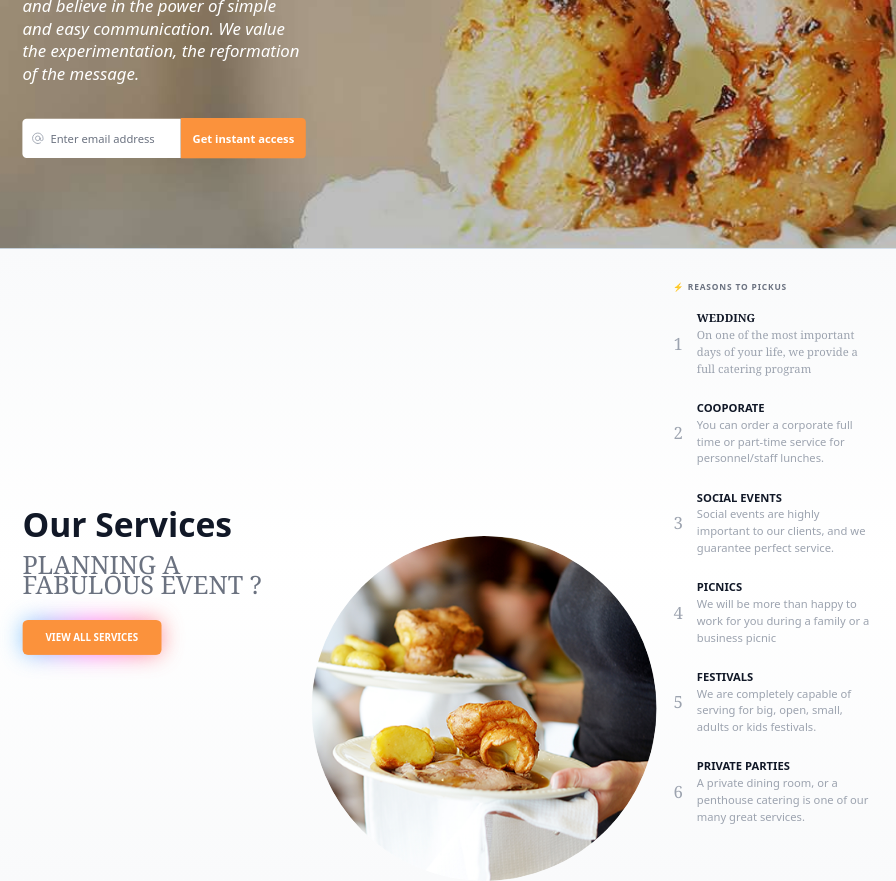
Repository: remydev47/Catering
Page: /
The author's editor kept a copy of each file at every save. The page is drawn from the files as they stood at one save, then again after the next save.
The browser window is 1280 px wide. The pictures show the part of the page from y = 2182 to 4102 px (the page is 3440 px tall before and 4102 px after), at 70% of full size.
The project was rebuilt for these pictures with package versions that can differ from the ones it lists, and the page was loaded fresh each time. The framework's server and built-in components were replaced by stand-ins that run in the browser. Also part of the build but not shown: next.config.js, components/Pricing.tsx, components/Footer.tsx, components/Team.tsx, components/Testimonials.tsx, components/Faqs.tsx, components/Blog.tsx.

Above is the page before, as saved 2022-12-09 23:01:37.

After the next save:
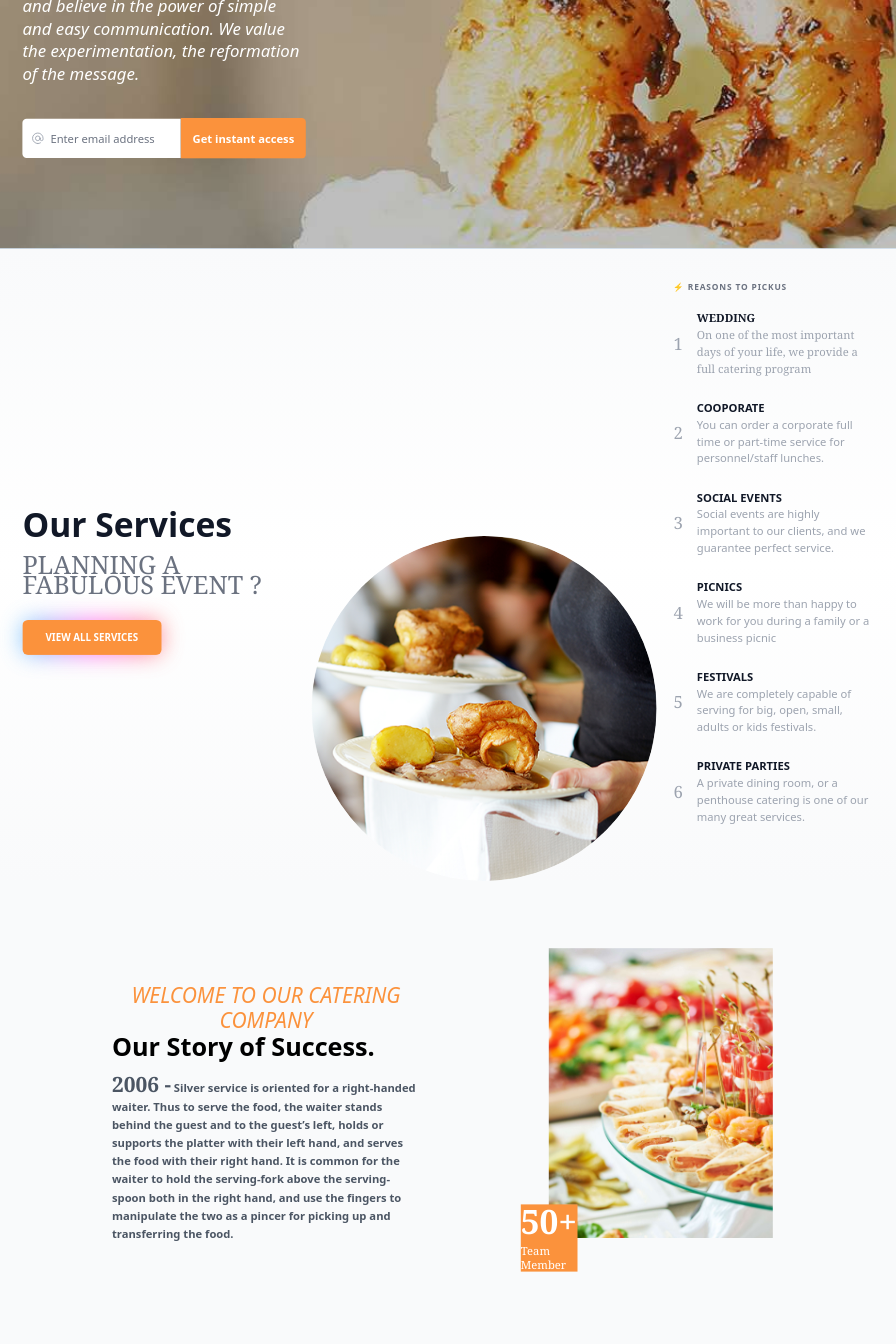
Saved 19 s later.
--- a/app/page.tsx
+++ b/app/page.tsx
@@ -1,5 +1,5 @@
 import React from 'react'
-import { CTA, Hero, Menu, Services } from '../components'
+import { Aboutus, CTA, Hero, Menu, Services } from '../components'
 
 const Home = () => {
   return (
@@ -8,7 +8,7 @@ const Home = () => {
         <Menu />
         <CTA />
         <Services />
-
+        <Aboutus />
     </div>
   )
 }
